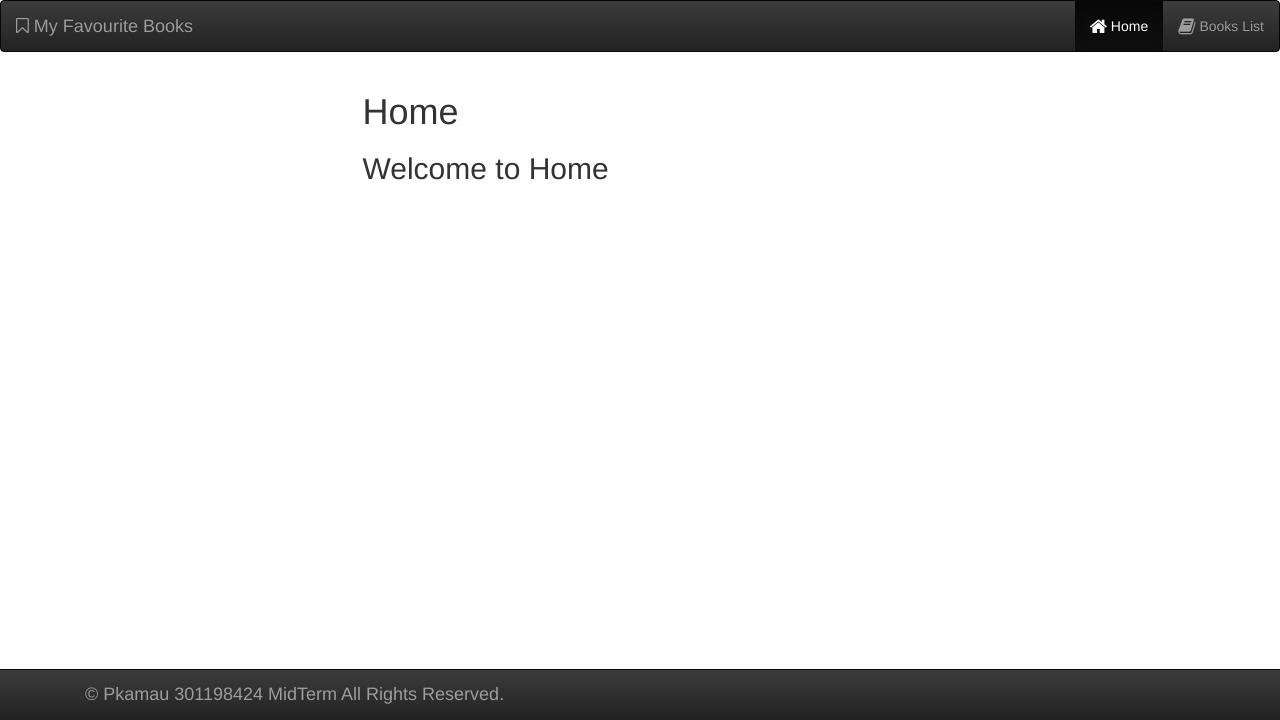
Repository: kiruriluap/COMP229-M2022-MIDTERMTEST-301198424
Page: http://localhost/
An editor plug-in stored every save of this project. The page is shown before and after the next save, followed by the edit.
The browser window is 1280 px wide. The pictures show the whole page.
The page is served by the project's Node server (server.js). Other server files are loaded and not shown.

Above is the page before, as saved 2022-06-23 09:43:36.

### server/views/partials/header.ejs
<!DOCTYPE html>
<html lang="en">
  <head>
    <meta charset="utf-8">
    <meta name="viewport" content="width=device-width, initial-scale=1">
    <title><%= title %></title>
    <!-- CSS SECTION -->
    <link rel="stylesheet" href="/Scripts/lib/bootstrap/dist/css/bootstrap.min.css">
    <link rel="stylesheet" href="/Scripts/lib/bootstrap/dist/css/bootstrap-theme.min.css">
    <link rel="stylesheet" href="/Scripts/lib/font-awesome/css/font-awesome.min.css">
    <link rel='stylesheet' href='/Content/app.css' />
  </head>
  <body>

  <nav class="navbar navbar-inverse" role="navigation">
    <!-- Brand and toggle get grouped for better mobile display -->
    <div class="navbar-header">
      <button type="button" class="navbar-toggle" data-toggle="collapse" data-target=".navbar-ex1-collapse">
        <span class="sr-only">Toggle navigation</span>
        <span class="icon-bar"></span>
        <span class="icon-bar"></span>
        <span class="icon-bar"></span>
      </button>
      <a class="navbar-brand" href="/"><i class="fa fa-bookmark-o"></i> My Favourite Books</a>
    </div>

    <!-- Collect the nav links, forms, and other content for toggling -->
    <div class="collapse navbar-collapse navbar-ex1-collapse">
      <ul class="nav navbar-nav navbar-right">
        <% if(title == "Home") { %>
          <li class="active"><a href="/"><i class="fa fa-home fa-lg"></i> Home</a></li>
        <% } else { %>
          <li><a href="/"><i class="fa fa-home fa-lg"></i> Home</a></li>
        <% } %>

          <% if(title == "books") { %>
          <li class="active"><a href="/books"><i class="fa fa-book fa-lg">
          </i> Books List</a></li>
          <% } else { %>
            <li><a href="/books"><i class="fa fa-book fa-lg">
            </i> Books List</a></li>
          <% } %>

      </ul>
    </div><!-- /.navbar-collapse -->
  </nav>

### server/views/partials/footer.ejs

<nav class="navbar navbar-inverse navbar-fixed-bottom">
  <div class="container">
    <h4  class="navbar-text">&copy; Pkamau 301198424 MidTerm All Rights Reserved.</h4>
  </div>
</nav>



<!-- JAVASCRIPT SECTION -->
    <script src="/Scripts/lib/jquery/dist/jquery.min.js"></script>
    <script src="/Scripts/lib/bootstrap/dist/js/bootstrap.min.js"></script>
    <script src="/Scripts/app.js"></script>
  </body>
</html>

### server.js
let app = require('./server/config/app');
let debug = require('debug')('comp308-w2019-midterm:server');
let http = require('http');

/**
 * Get port from environment and store in Express.
 */

let port = normalizePort(process.env.PORT || '5000');
app.set('port', port);

/**
 * Create HTTP server.
 */

let server = http.createServer(app);

/**
 * Listen on provided port, on all network interfaces.
 */

server.listen(port);
server.on('error', onError);
server.on('listening', onListening);

/**
 * Normalize a port into a number, string, or false.
 */

function normalizePort(val) {
  let port = parseInt(val, 10);

  if (isNaN(port)) {
    // named pipe
    return val;
  }

  if (port >= 0) {
    // port number
    return port;
  }

  return false;
}

/**
 * Event listener for HTTP server "error" event.
 */

function onError(error) {
  if (error.syscall !== 'listen') {
    throw error;
  }

  let bind = typeof port === 'string'
    ? 'Pipe ' + port
    : 'Port ' + port;

  // handle specific listen errors with friendly messages
  switch (error.code) {
    case 'EACCES':
      console.error(bind + ' requires elevated privileges');
      process.exit(1);
      break;
    case 'EADDRINUSE':
      console.error(bind + ' is already in use');
      process.exit(1);
      break;
    default:
      throw error;
  }
}

/**
 * Event listener for HTTP server "listening" event.
 */

function onListening() {
  let addr = server.address();
  let bind = typeof addr === 'string'
    ? 'pipe ' + addr
    : 'port ' + addr.port;
  debug('Listening on ' + bind);
}

### server/routes/index.js
/**
Project name: Book_list_CRUD_project
File name: index.js
Function: route
Created by: Paul Kamau
**/

// modules required for routing
let express = require('express');
let router = express.Router();
let mongoose = require('mongoose');

// define the game model
let book = require('../models/books');

/* GET home page. wildcard */
router.get('/', (req, res, next) => {
  res.render('content/index', {
    title: 'Home',
    books: ''
   });
});

module.exports = router;

### client/Scripts/app.js
/* custom JS goes here */

/* pagination code from http://www.bootply.com/lxa0FF9yhw */
$.fn.pageMe = function(opts){
    var $this = this,
        defaults = {
            perPage: 7,
            showPrevNext: false,
            hidePageNumbers: false
        },
        settings = $.extend(defaults, opts);

    var listElement = $this;
    var perPage = settings.perPage;
    var children = listElement.children();
    var pager = $('.pager');

    if (typeof settings.childSelector!="undefined") {
        children = listElement.find(settings.childSelector);
    }

    if (typeof settings.pagerSelector!="undefined") {
        pager = $(settings.pagerSelector);
    }

    var numItems = children.size();
    var numPages = Math.ceil(numItems/perPage);

    pager.data("curr",0);

    if (settings.showPrevNext){
        $('<li><a href="#" class="prev_link">«</a></li>').appendTo(pager);
    }

    var curr = 0;
    while(numPages > curr && (settings.hidePageNumbers==false)){
        $('<li><a href="#" class="page_link">'+(curr+1)+'</a></li>').appendTo(pager);
        curr++;
    }

    if (settings.showPrevNext){
        $('<li><a href="#" class="next_link">»</a></li>').appendTo(pager);
    }

    pager.find('.page_link:first').addClass('active');
    pager.find('.prev_link').hide();
    if (numPages<=1) {
        pager.find('.next_link').hide();
    }
  	pager.children().eq(1).addClass("active");

    children.hide();
    children.slice(0, perPage).show();

    pager.find('li .page_link').click(function(){
        var clickedPage = $(this).html().valueOf()-1;
        goTo(clickedPage,perPage);
        return false;
    });
    pager.find('li .prev_link').click(function(){
        previous();
        return false;
    });
    pager.find('li .next_link').click(function(){
        next();
        return false;
    });

    function previous(){
        var goToPage = parseInt(pager.data("curr")) - 1;
        goTo(goToPage);
    }

    function next(){
        goToPage = parseInt(pager.data("curr")) + 1;
        goTo(goToPage);
    }

    function goTo(page){
        var startAt = page * perPage,
            endOn = startAt + perPage;

        children.css('display','none').slice(startAt, endOn).show();

        if (page>=1) {
            pager.find('.prev_link').show();
        }
        else {
            pager.find('.prev_link').hide();
        }

        if (page<(numPages-1)) {
            pager.find('.next_link').show();
        }
        else {
            pager.find('.next_link').hide();
        }

        pager.data("curr",page);
      	pager.children().removeClass("active");
        pager.children().eq(page+1).addClass("active");

    }
};

// IIFE
(function(){
  $(".btn-danger").click(function(event){
    if(!confirm("Are you sure?")) {
      event.preventDefault();
      window.location.assign("/games");
    }
  });

 /* pagination code */
  $('#myTable').pageMe(
    {pagerSelector:'#myPager',showPrevNext:true,hidePageNumbers:false,perPage:6}
    );
})();

Loaded but not shown: server/views/content/index.ejs (common file); client/Scripts/lib/bootstrap/dist/css/bootstrap.min.css (library); client/Scripts/lib/bootstrap/dist/css/bootstrap-theme.min.css (library); client/Scripts/lib/font-awesome/css/font-awesome.min.css (library); client/Content/app.css (common file); client/Scripts/lib/jquery/dist/jquery.min.js (library); client/Scripts/lib/bootstrap/dist/js/bootstrap.min.js (library)

After the next save:
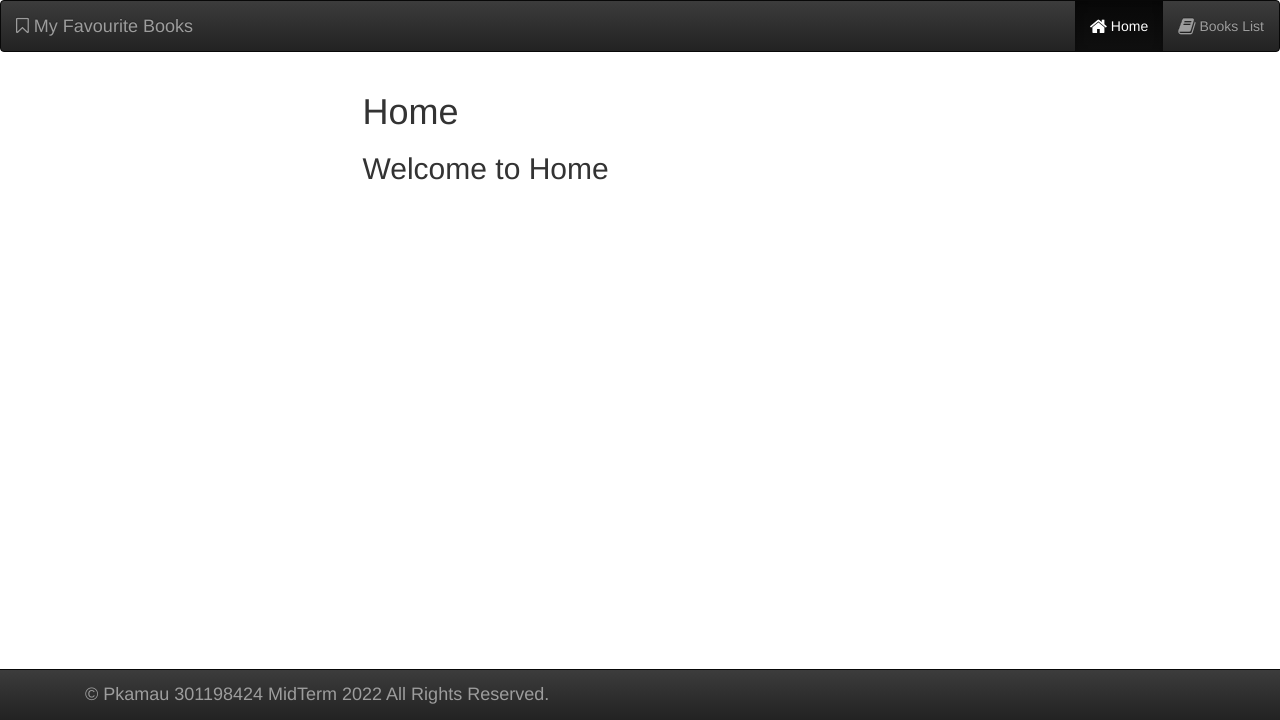
Saved 5 s later.
--- a/server/views/partials/footer.ejs
+++ b/server/views/partials/footer.ejs
@@ -1,7 +1,7 @@
 
 <nav class="navbar navbar-inverse navbar-fixed-bottom">
   <div class="container">
-    <h4  class="navbar-text">&copy; Pkamau 301198424 MidTerm All Rights Reserved.</h4>
+    <h4  class="navbar-text">&copy; Pkamau 301198424 MidTerm 2022 All Rights Reserved.</h4>
   </div>
 </nav>
 
